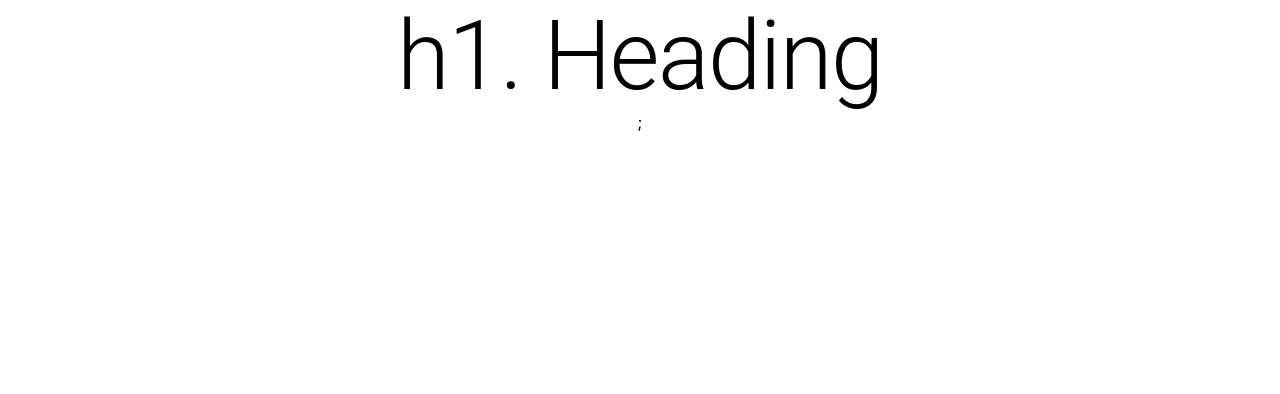
Repository: Mikerr21/League-Of-Legends-API
Page: /
An editor plug-in stored every save of this project. The page is shown before and after the next save, followed by the edit.
The browser window is 1280 px wide. The pictures show the whole page.
The project was rebuilt for these pictures with package versions that can differ from the ones it lists, and the page was loaded fresh each time.

Above is the page before, as saved 2022-09-23 18:34:46.

After the next save:
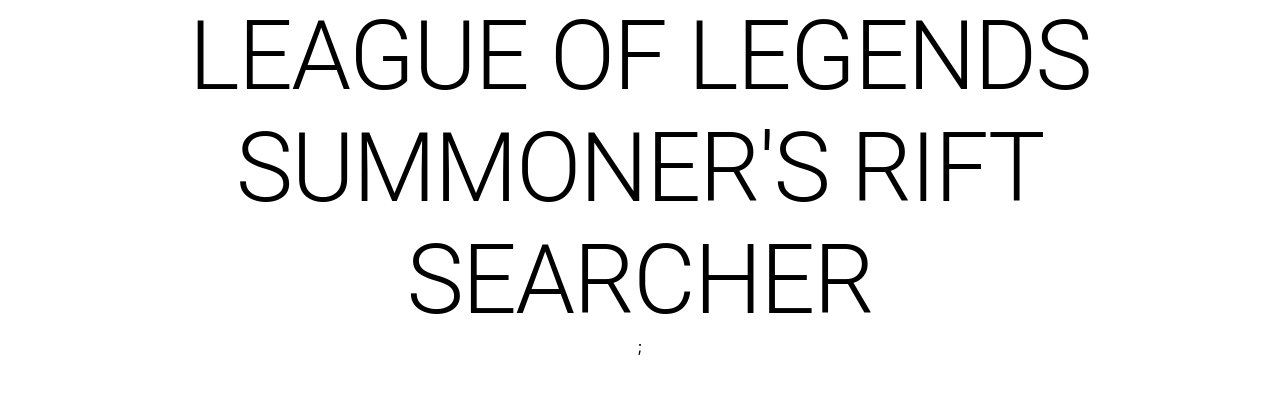
Saved 15 s later.
--- a/src/App.js
+++ b/src/App.js
@@ -9,7 +9,7 @@
   return (
     <div className="App">
       <Typography variant="h1" component="h2">
-  h1. Heading
+  LEAGUE OF LEGENDS SUMMONER'S RIFT SEARCHER
 </Typography>;
     </div>
   );
